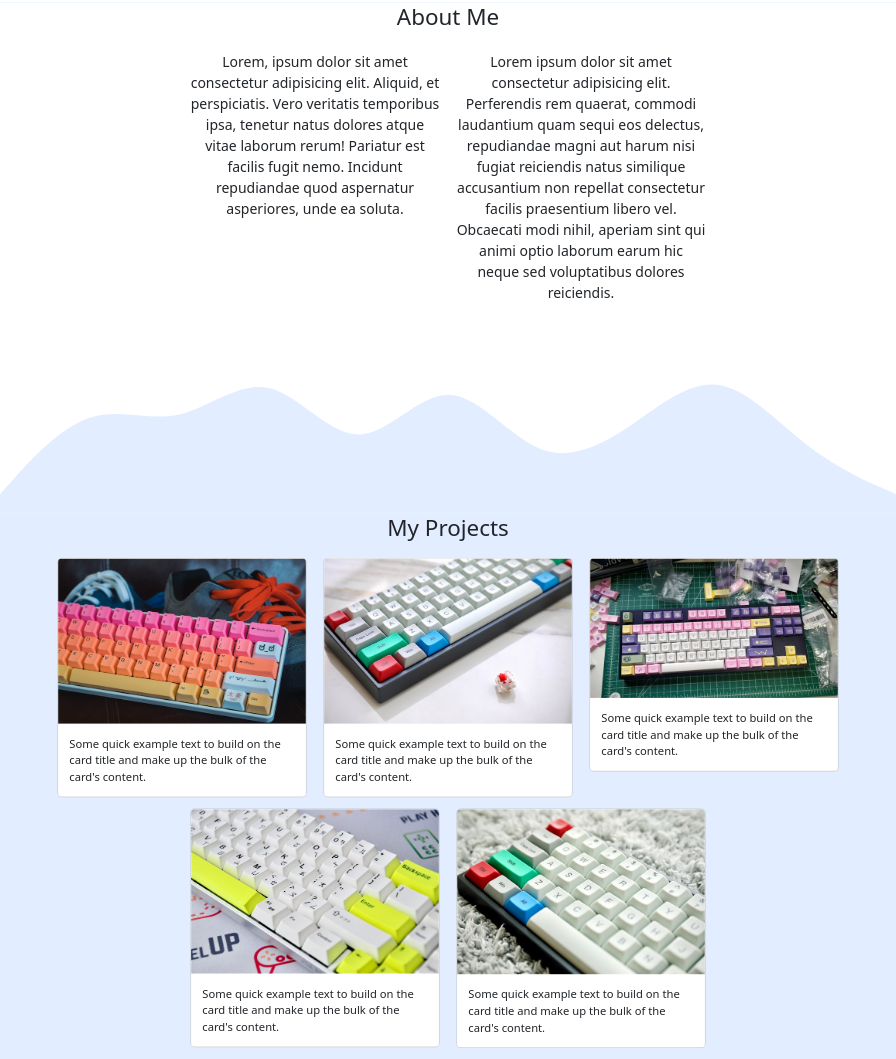
Repository: fadlyyy/fadli-dev.github.io
Page: index.html
These files come from the project's save history. The page is drawn as it stood at one moment and after the next save; the edit follows.
The browser window is 1280 px wide. The pictures show the part of the page from y = 740 to 2660 px (the page is 2253 px tall before and 2660 px after), at 70% of full size.

Above is the page before, as saved 2024-01-19 13:35:36.

### index.html
<!DOCTYPE html>
<html lang="en">
  <head>
    <meta charset="utf-8" />
    <meta name="viewport" content="width=device-width, initial-scale=1" />
    <title>Bootstrap demo</title>
    <link href="https://cdn.jsdelivr.net/npm/bootstrap@5.2.3/dist/css/bootstrap.min.css" rel="stylesheet" integrity="sha384-rbsA2VBKQhggwzxH7pPCaAqO46MgnOM80zW1RWuH61DGLwZJEdK2Kadq2F9CUG65" crossorigin="anonymous" />
    <link rel="stylesheet" href="style.css" />
  </head>
  <body>
    <!-- Navbar -->
    <nav class="navbar navbar-expand-lg navbar-dark bg-primary shadow">
      <div class="container">
        <a class="navbar-brand" href="#">Fadli Rifai</a>
        <button class="navbar-toggler" type="button" data-bs-toggle="collapse" data-bs-target="#navbarNav" aria-controls="navbarNav" aria-expanded="false" aria-label="Toggle navigation">
          <span class="navbar-toggler-icon"></span>
        </button>
        <div class="collapse navbar-collapse" id="navbarNav">
          <ul class="navbar-nav ms-auto">
            <li class="nav-item">
              <a class="nav-link active" aria-current="page" href="#">Home</a>
            </li>
            <li class="nav-item">
              <a class="nav-link" href="#">About</a>
            </li>
            <li class="nav-item">
              <a class="nav-link" href="#">Projects</a>
            </li>
            <li class="nav-item">
              <a class="nav-link" href="#">Contact</a>
            </li>
          </ul>
        </div>
      </div>
    </nav>
    <!-- Navbar End -->

    <!-- Jumbotron -->
    <section class="jumbotron text-center">
      <img class="rounded-circle img-thumbnail" src="img/images.jpeg" alt="" width="250" />
      <h1 class="display-4">Fadli Rifai</h1>
      <p class="lead">Fullstack Developer</p>
      <svg xmlns="http://www.w3.org/2000/svg" viewBox="0 0 1440 320">
        <path
          fill="#ffffff"
          fill-opacity="1"
          d="M0,160L24,176C48,192,96,224,144,245.3C192,267,240,277,288,261.3C336,245,384,203,432,181.3C480,160,528,160,576,170.7C624,181,672,203,720,213.3C768,224,816,224,864,218.7C912,213,960,203,1008,213.3C1056,224,1104,256,1152,261.3C1200,267,1248,245,1296,229.3C1344,213,1392,203,1416,197.3L1440,192L1440,320L1416,320C1392,320,1344,320,1296,320C1248,320,1200,320,1152,320C1104,320,1056,320,1008,320C960,320,912,320,864,320C816,320,768,320,720,320C672,320,624,320,576,320C528,320,480,320,432,320C384,320,336,320,288,320C240,320,192,320,144,320C96,320,48,320,24,320L0,320Z"
        ></path>
      </svg>
    </section>
    <!-- Jumbotron End -->

    <!-- About -->
    <section id="about">
      <div class="container">
        <div class="row text-center mb-4">
          <div class="col">
            <h2>About Me</h2>
          </div>
        </div>
        <div class="row justify-content-center fs-5 text-center">
          <div class="col-md-4">
            <p class="">
              Lorem, ipsum dolor sit amet consectetur adipisicing elit. Aliquid, et perspiciatis. Vero veritatis temporibus ipsa, tenetur natus dolores atque vitae laborum rerum! Pariatur est facilis fugit nemo. Incidunt repudiandae quod
              aspernatur asperiores, unde ea soluta.
            </p>
          </div>
          <div class="col-md-4">
            <p>
              Lorem ipsum dolor sit amet consectetur adipisicing elit. Perferendis rem quaerat, commodi laudantium quam sequi eos delectus, repudiandae magni aut harum nisi fugiat reiciendis natus similique accusantium non repellat
              consectetur facilis praesentium libero vel. Obcaecati modi nihil, aperiam sint qui animi optio laborum earum hic neque sed voluptatibus dolores reiciendis.
            </p>
          </div>
        </div>
      </div>
      <svg xmlns="http://www.w3.org/2000/svg" viewBox="0 0 1440 320">
        <path
          fill="#e2edff"
          fill-opacity="1"
          d="M0,288L24,261.3C48,235,96,181,144,165.3C192,149,240,171,288,160C336,149,384,107,432,117.3C480,128,528,192,576,192C624,192,672,128,720,128C768,128,816,192,864,213.3C912,235,960,213,1008,181.3C1056,149,1104,107,1152,112C1200,117,1248,171,1296,208C1344,245,1392,267,1416,277.3L1440,288L1440,320L1416,320C1392,320,1344,320,1296,320C1248,320,1200,320,1152,320C1104,320,1056,320,1008,320C960,320,912,320,864,320C816,320,768,320,720,320C672,320,624,320,576,320C528,320,480,320,432,320C384,320,336,320,288,320C240,320,192,320,144,320C96,320,48,320,24,320L0,320Z"
        ></path>
      </svg>
    </section>
    <!-- About End -->

    <!-- Section Projects -->
    <section id="projects">
      <div class="container">
        <div class="row mb-3">
          <div class="col text-center">
            <h2>My Projects</h2>
          </div>
        </div>
        <div class="row justify-content-center">
          <div class="col-md-4 mb-3 child">
            <div class="card">
              <img src="img/projects/Projects1.jpg" class="card-img-top" alt="..." />
              <div class="card-body">
                <p class="card-text">Some quick example text to build on the card title and make up the bulk of the card's content.</p>
              </div>
            </div>
          </div>
          <div class="col-md-4 mb-3 child">
            <div class="card">
              <img src="img/projects/Projects2.jpg" class="card-img-top" alt="..." />
              <div class="card-body">
                <p class="card-text">Some quick example text to build on the card title and make up the bulk of the card's content.</p>
              </div>
            </div>
          </div>
          <div class="col-md-4 mb-3 child">
            <div class="card">
              <img src="img/projects/Projects3.jpg" class="card-img-top" alt="..." />
              <div class="card-body">
                <p class="card-text">Some quick example text to build on the card title and make up the bulk of the card's content.</p>
              </div>
            </div>
          </div>
          <div class="col-md-4 mb-3 child">
            <div class="card">
              <img src="img/projects/Projects4.jpg" class="card-img-top" alt="..." />
              <div class="card-body">
                <p class="card-text">Some quick example text to build on the card title and make up the bulk of the card's content.</p>
              </div>
            </div>
          </div>
          <div class="col-md-4 mb-3 child">
            <div class="card">
              <img src="img/projects/Projects5.jpg" class="card-img-top" alt="..." />
              <div class="card-body">
                <p class="card-text">Some quick example text to build on the card title and make up the bulk of the card's content.</p>
              </div>
            </div>
          </div>
        </div>
      </div>
    </section>
    <!-- End Section Projects -->

    <script src="https://cdn.jsdelivr.net/npm/bootstrap@5.2.3/dist/js/bootstrap.bundle.min.js" integrity="sha384-kenU1KFdBIe4zVF0s0G1M5b4hcpxyD9F7jL+jjXkk+Q2h455rYXK/7HAuoJl+0I4" crossorigin="anonymous"></script>
  </body>
</html>

### style.css
body {
  min-height: 2000px;
}

.jumbotron {
  padding-top: 2rem;
  background-color: #e2edff;
}

#projects {
  background-color: #e2edff;
}

#projects .child {
  transition: all 0.2s ease-in-out;
}

#projects .child:hover {
  scale: 1.04;
}

After the next save:
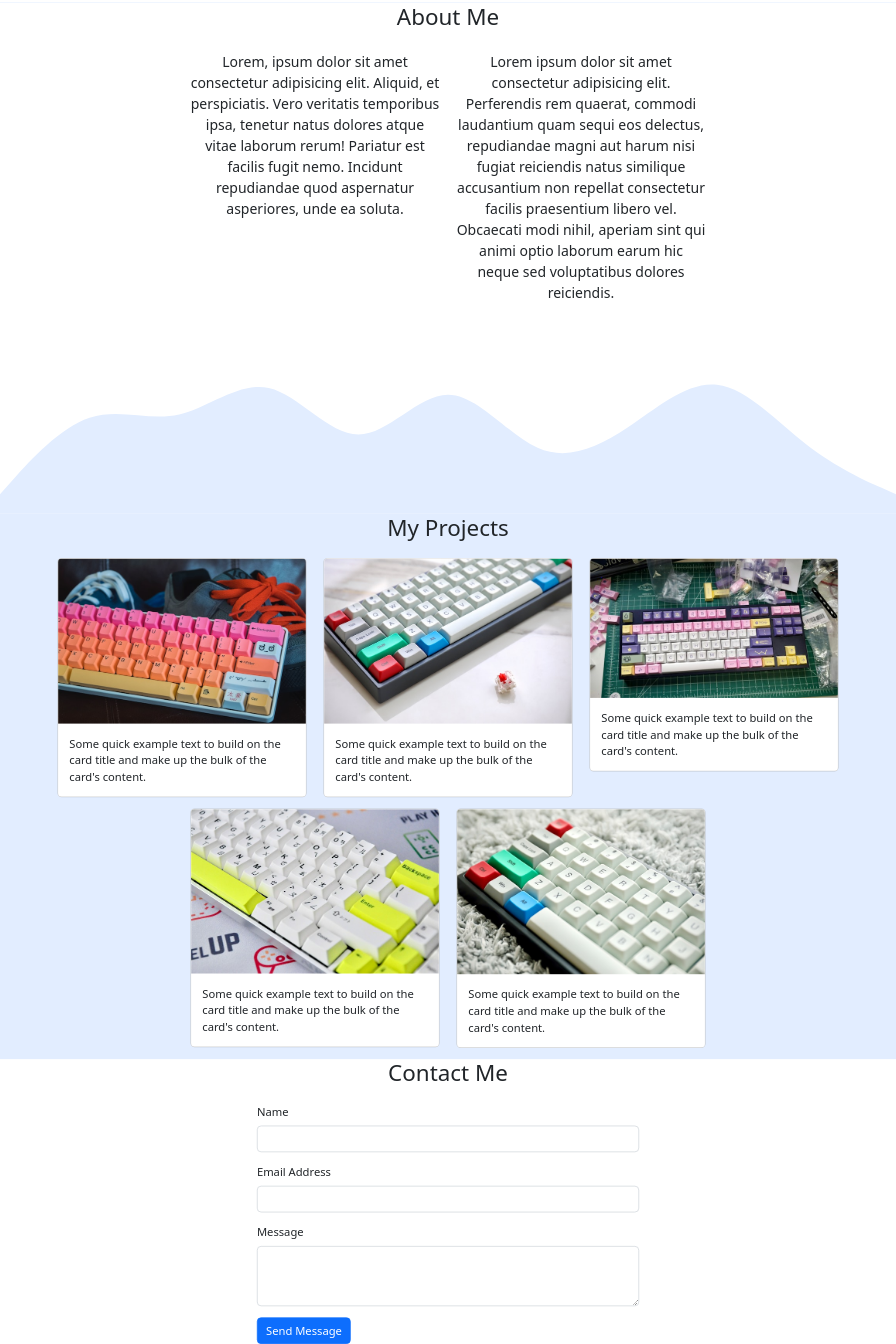
Saved 15 min 8 s later.
--- a/index.html
+++ b/index.html
@@ -137,6 +137,36 @@
     </section>
     <!-- End Section Projects -->
 
+    <!-- Contact -->
+    <section id="contact">
+      <div class="container">
+        <div class="row text-center mb-3">
+          <div class="col">
+            <h2>Contact Me</h2>
+          </div>
+        </div>
+        <div class="row justify-content-center">
+          <div class="col-md-6">
+            <form>
+              <div class="mb-3">
+                <label for="name" class="form-label">Name</label>
+                <input type="text" class="form-control" id="name" aria-describedby="name" />
+              </div>
+              <div class="mb-3">
+                <label for="email" class="form-label">Email Address</label>
+                <input type="email" class="form-control" id="email" aria-describedby="email" />
+              </div>
+              <div class="mb-3">
+                <label for="message" class="form-label">Message</label>
+                <textarea class="form-control" id="message" rows="3"></textarea>
+              </div>
+              <button type="submit" class="btn btn-primary">Send Message</button>
+            </form>
+          </div>
+        </div>
+      </div>
+    <!-- End Contact -->
+
     <script src="https://cdn.jsdelivr.net/npm/bootstrap@5.2.3/dist/js/bootstrap.bundle.min.js" integrity="sha384-kenU1KFdBIe4zVF0s0G1M5b4hcpxyD9F7jL+jjXkk+Q2h455rYXK/7HAuoJl+0I4" crossorigin="anonymous"></script>
   </body>
 </html>
